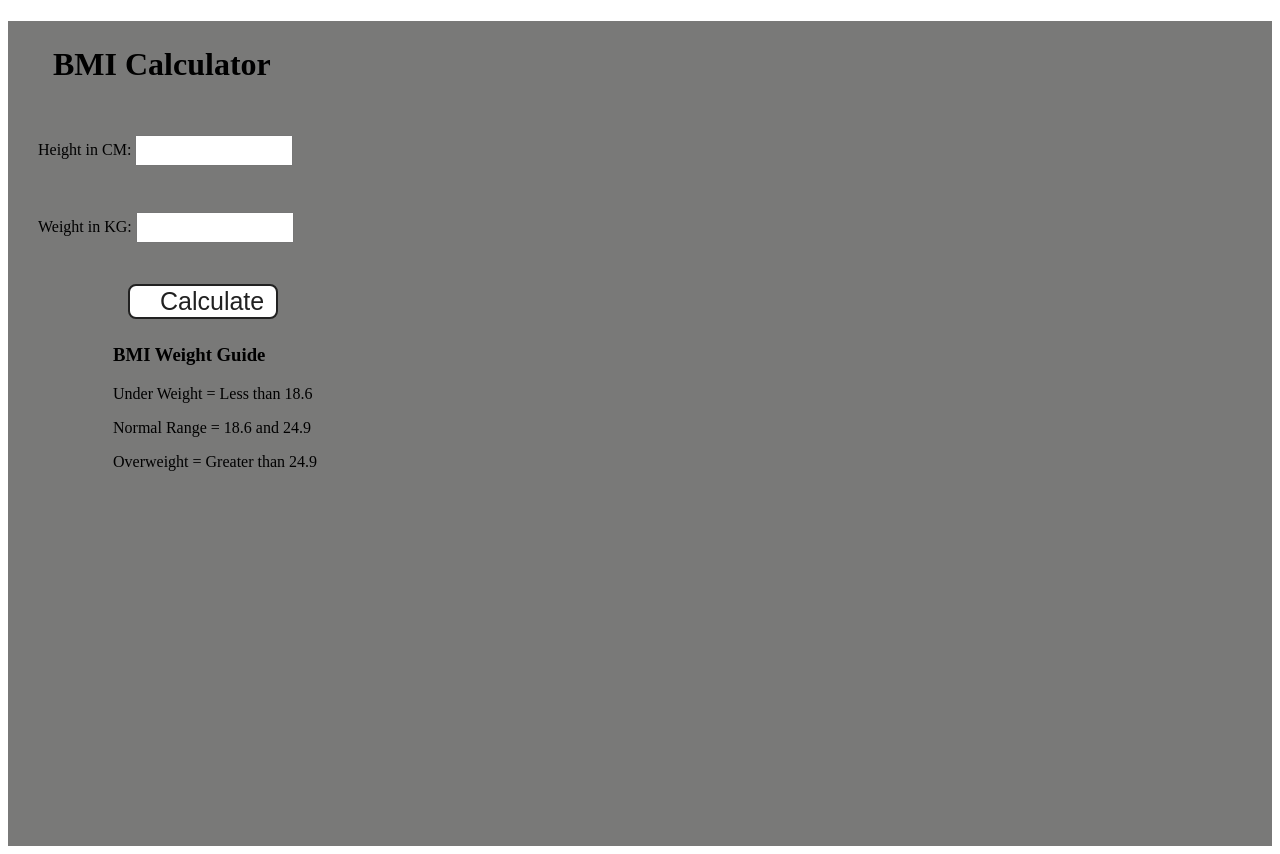
Repository: VishwaGoswami1407/JavaScript-Practice
Page: 07_projects/project2.html
The author's editor kept a copy of each file at every save. The page is drawn from the files as they stood at one save, then again after the next save.
The browser window is 1280 px wide. The pictures show the whole page.

Above is the page before, as saved 2024-07-07 18:53:36.

After the next save:
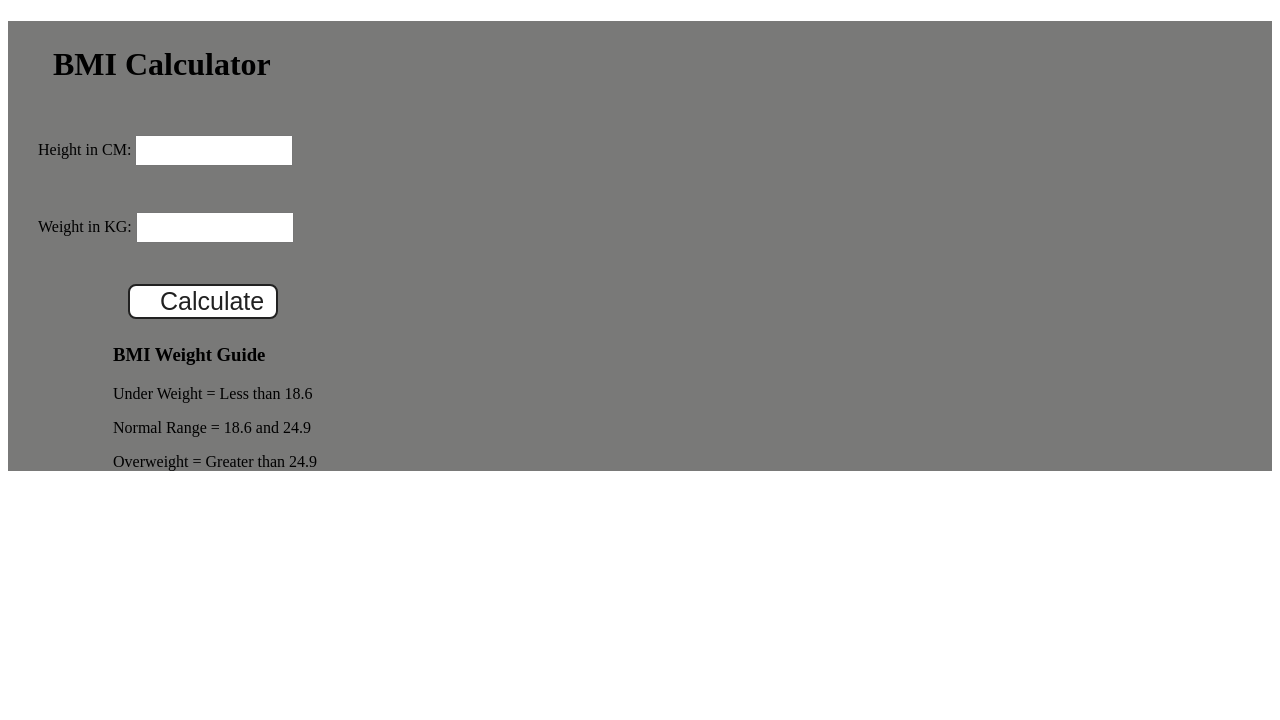
Saved 6 s later.
--- a/07_projects/style2.css
+++ b/07_projects/style2.css
@@ -1,6 +1,6 @@
 .container {
 
-    height: 825px;
+
 
     background-color: #797978;
     padding-left: 30px;

After the save that followed:
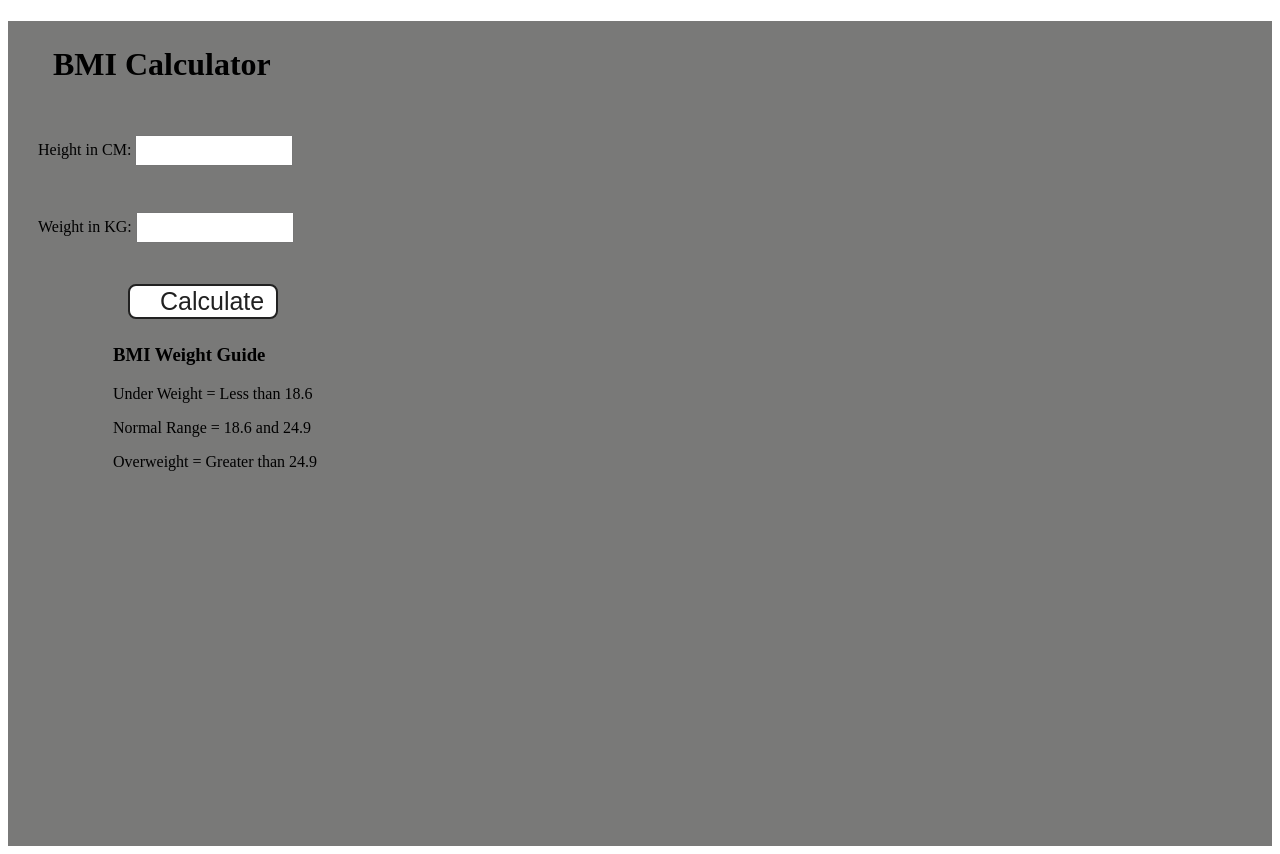
Saved 4 s later.
--- a/07_projects/style2.css
+++ b/07_projects/style2.css
@@ -1,6 +1,6 @@
 .container {
 
-
+    height: 825px;
 
     background-color: #797978;
     padding-left: 30px;
